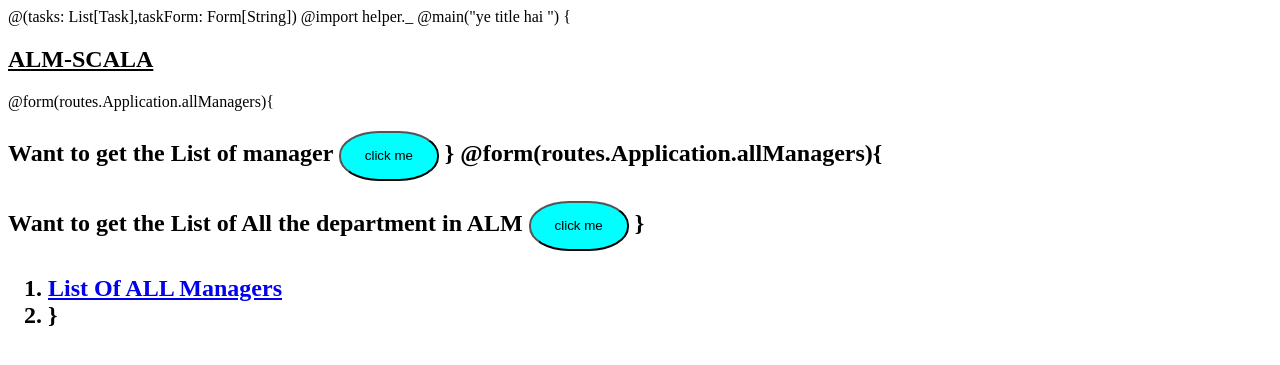
Repository: sumitkum200690/PLAY_SLICK
Page: Play_DB/app/views/index.scala.html
An editor plug-in stored every save of this project. The page is shown before and after the next save, followed by the edit.
The browser window is 1280 px wide. The pictures show the whole page.

Above is the page before, as saved 2015-09-21 13:36:03.

### Play_DB/app/views/index.scala.html
@(tasks: List[Task],taskForm: Form[String])

@import helper._
@main("ye title hai ") {



<h2><b><U>ALM-SCALA</U></b></h2>
		@form(routes.Application.allManagers){
		<h2><b> Want to get the List of manager</b> <input type="submit" value="click me" style="height:50px; border-radius:40px/24px; width:100px; background-color:cyan" >
		}

		@form(routes.Application.allManagers){

		<h2><b> Want to get the List of All the department in ALM </b><input type="submit" value="click me" style="height:50px; border-radius:40px/24px; width:100px; background-color:cyan" >


	  	}



  <ol>
  <li><a href="@routes.Application.allManagers">List Of ALL Managers</a></li>




  <li>












}

After the next save:
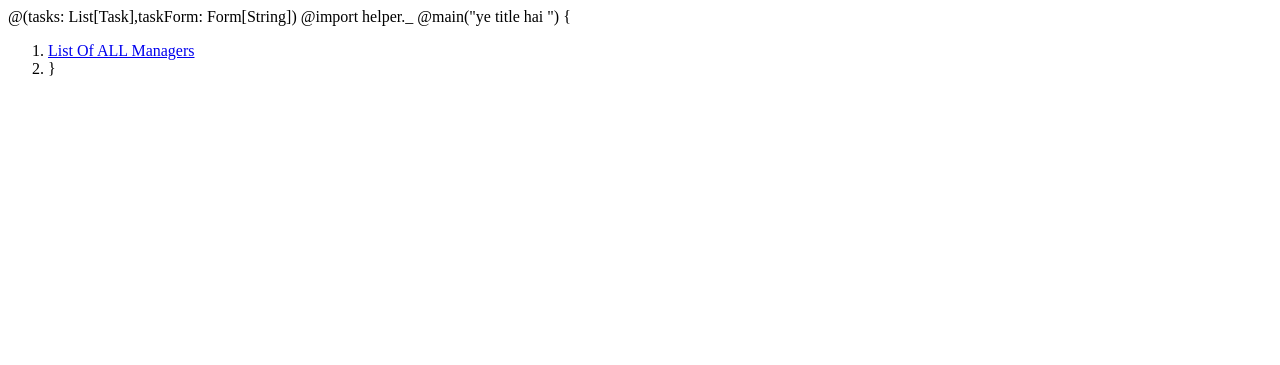
Saved 2 min 45 s later.
--- a/Play_DB/app/views/index.scala.html
+++ b/Play_DB/app/views/index.scala.html
@@ -5,17 +5,7 @@
 
 
 
-<h2><b><U>ALM-SCALA</U></b></h2>
-		@form(routes.Application.allManagers){
-		<h2><b> Want to get the List of manager</b> <input type="submit" value="click me" style="height:50px; border-radius:40px/24px; width:100px; background-color:cyan" >
-		}
 
-		@form(routes.Application.allManagers){
-
-		<h2><b> Want to get the List of All the department in ALM </b><input type="submit" value="click me" style="height:50px; border-radius:40px/24px; width:100px; background-color:cyan" >
-
-
-	  	}
 
 
 
